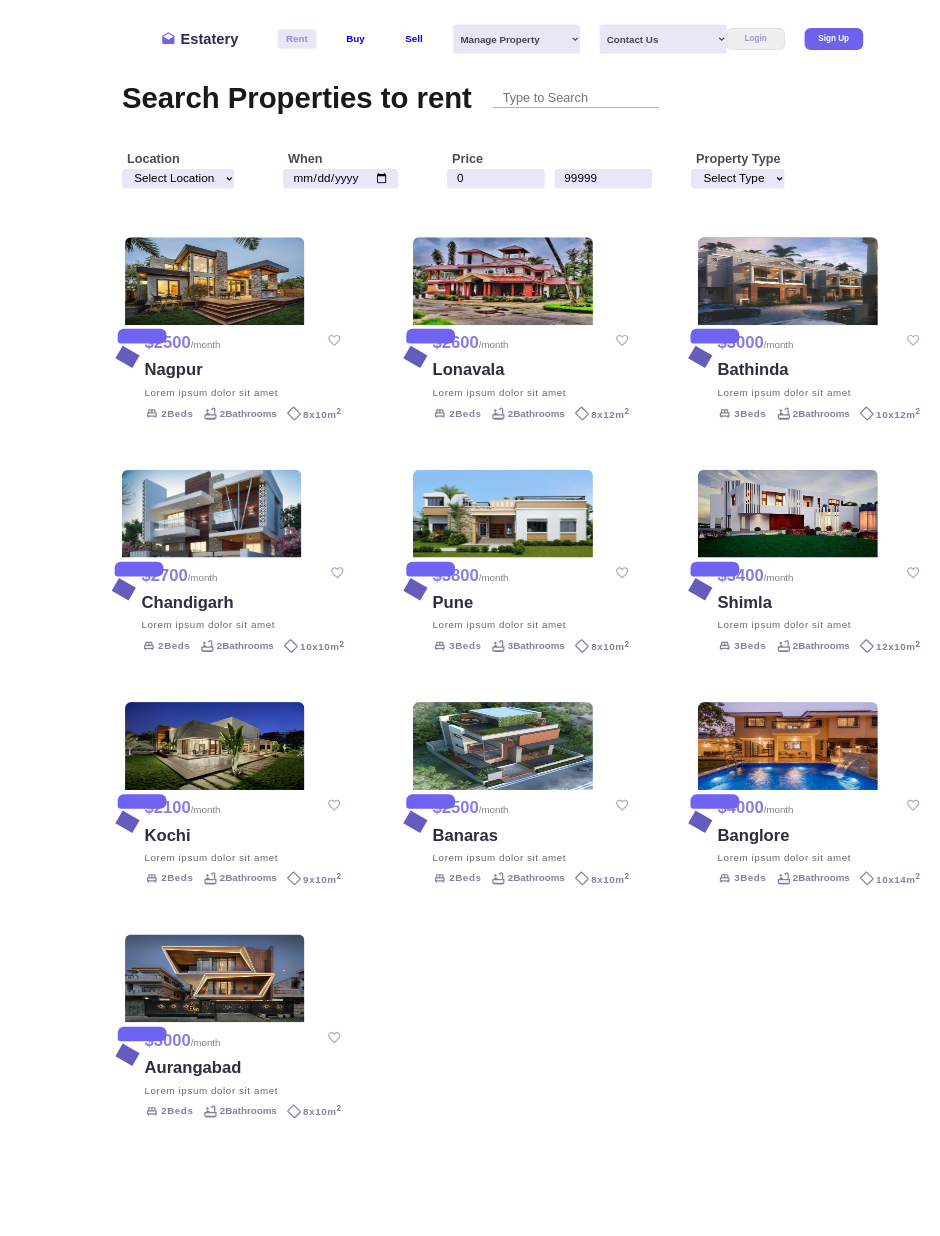
Repository: kapil4457/Reunion-Internship-Assignment
Page: /
An editor plug-in stored every save of this project. The page is shown before and after the next save, followed by the edit.
The browser window is 1280 px wide. The page is 1541 px wide, so the pictures cover 1541 px, including what lies to the right of the window. The pictures show the whole page, at 61% of full size.
The project was rebuilt for these pictures with package versions that can differ from the ones it lists, and the page was loaded fresh each time. Also part of the build but not shown: src/App.css.

Above is the page before, as saved 2022-10-07 20:20:54.

After the next save:
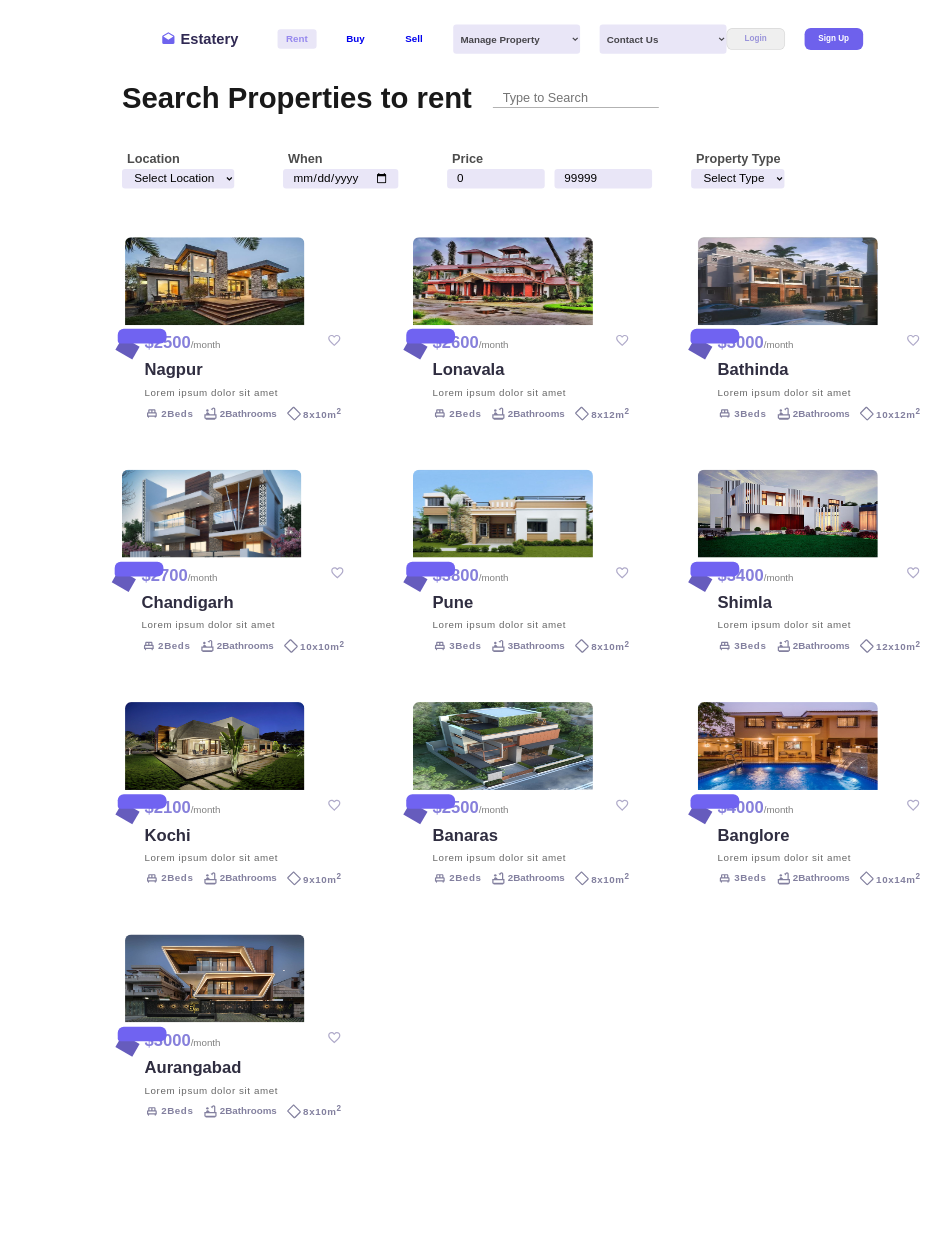
Saved 5 s later.
--- a/src/components/RentCard/RentCard.css
+++ b/src/components/RentCard/RentCard.css
@@ -98,7 +98,7 @@ height:100%;
 
 .purple-tag > .slant{
     position:absolute;
-    top:70%;
+    top:40%;
     height:50%;
     left:-1%;
     background-color:rgb(102,92,189);
